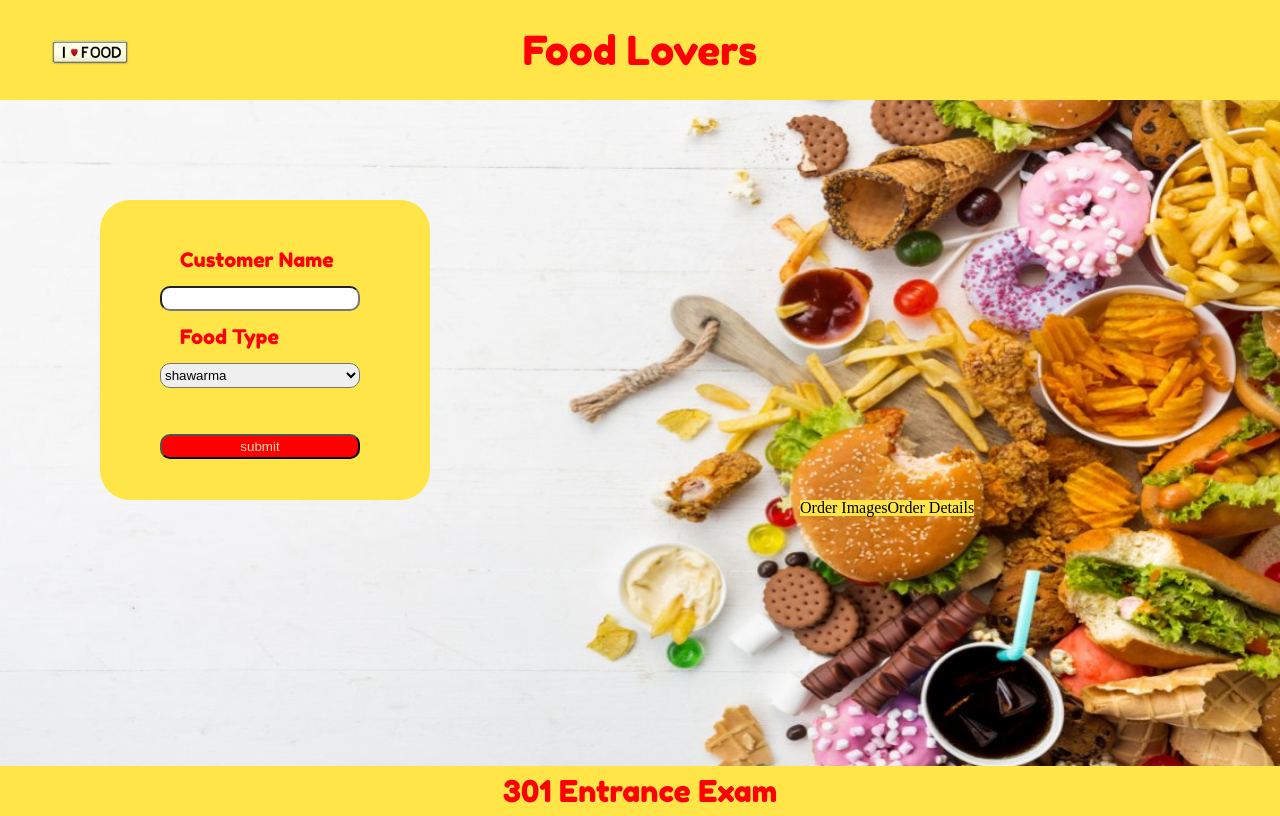
Repository: Razan-am/foodLovers
Page: index.html
An editor plug-in stored every save of this project. The page is shown before and after the next save, followed by the edit.
The browser window is 1280 px wide. The pictures show the whole page.

Above is the page before, as saved 2021-06-01 11:22:05.

After the next save:
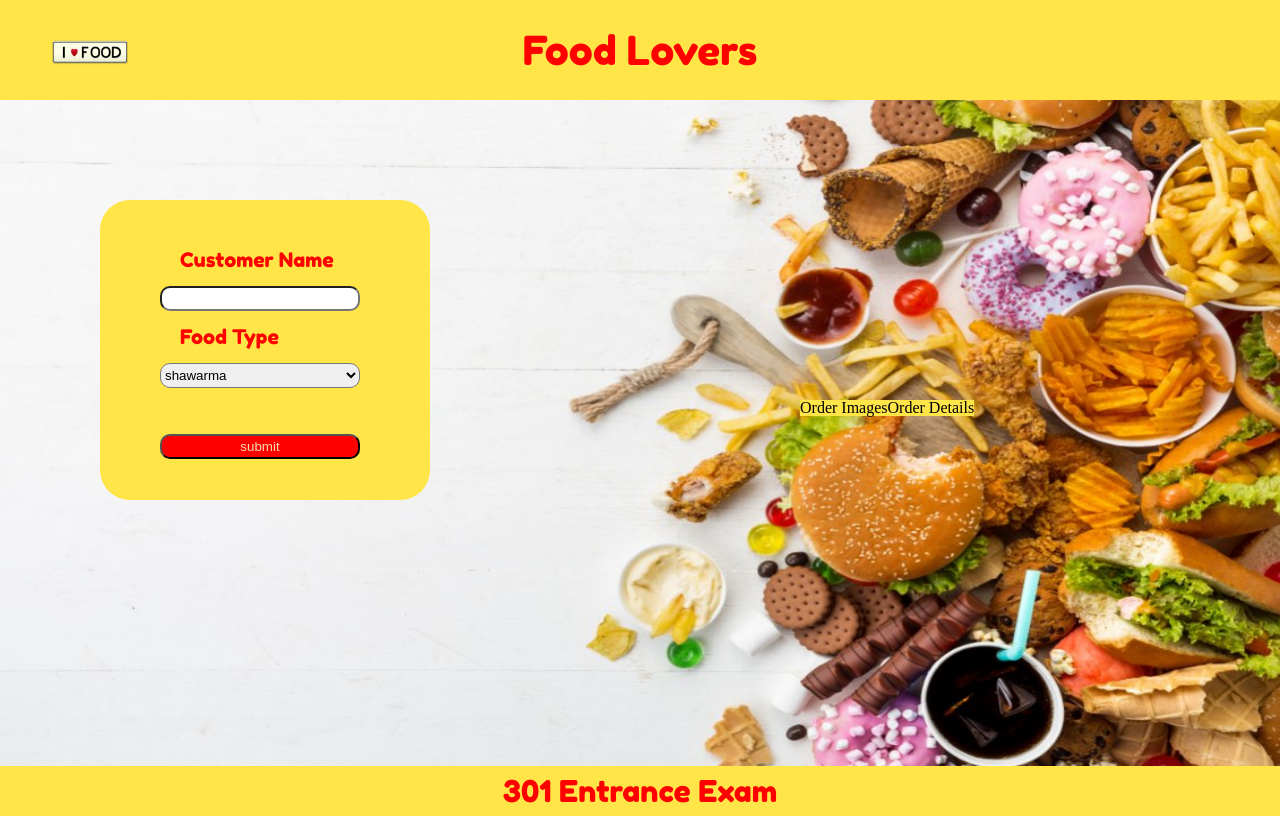
Saved 9 s later.
--- a/css/style.css
+++ b/css/style.css
@@ -68,7 +68,7 @@ form input:last-of-type{
 }
 table{
     background-color: rgba(255, 229, 72, 255) ;
-    /* top: 300px; */
+    top: -100px;
     position: relative;
     margin-left: 800px;
 }
